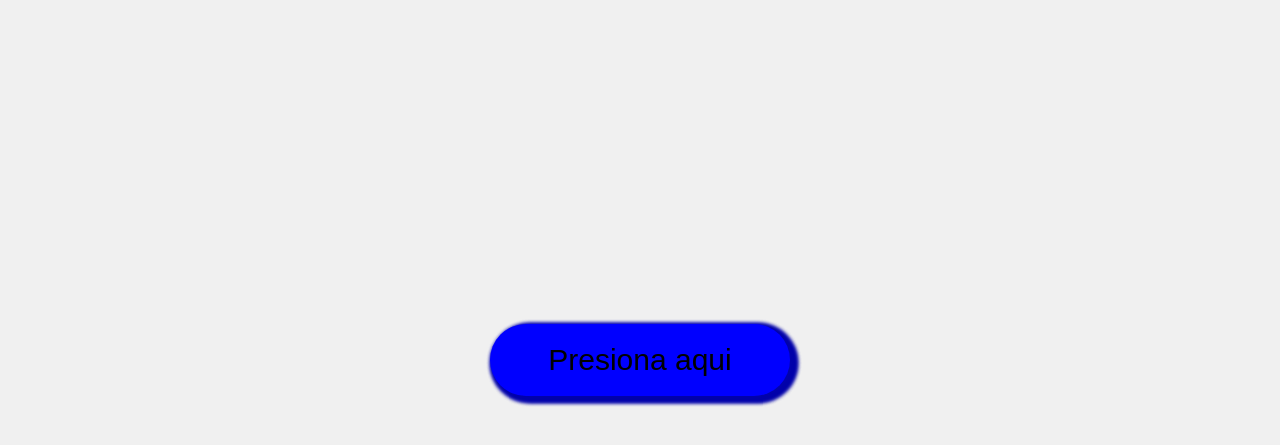
Repository: ye909/secreto
Page: inicio.html
These files come from the project's save history. The page is drawn as it stood at one moment and after the next save; the edit follows.
The browser window is 1280 px wide. The pictures show the whole page.
The pointer rests on the first visible `#btn`.

Above is the page before, as saved 2025-02-20 21:39:40.

### inicio.html
<!DOCTYPE html>
<html>
<head>
<title>Amigo Secreto 3D</title>
<link rel="stylesheet" href="inicio.css">
</head>
<body>

          <div class="container">
            <h1 id="message">¡Bienvenido al Juego del Amigo Secreto!</h1>
        </div>
    <button id="btn"><a href="">Presiona aqui</a></button>

  <script src="inicio.js"></script>
</body>
</html>

### inicio.css
body, html {
    height: 100%;
    margin: 0;
    display: flex;
    justify-content: center;
    align-items: center;
    background-color: #f0f0f0;
    font-family: Arial, sans-serif;
}

.container {
    text-align: center;
}

#message {
    font-size: 2em;
    color: #333;
    opacity: 0;
    transform: translateY(-20px);
    animation: fadeIn 1s ease-out forwards;
}

@keyframes fadeIn {
    to {
        opacity: 1;
        transform: translateY(0);
    }
}
a{
    text-decoration: none;
    list-style: none;
    color:black;
}
#btn{
    display: none;
    width: 300px;
    height: 10vh;
    background: rgb(97, 97, 205);
    border-radius: 60px;
    font-size: 30px;
    border:none;
    background: blue;
}
#btn:hover{

    box-shadow: rgb(2, 2, 170) 4px 3px 4px 3px ,rgb(2, 2, 170) 4px 3px 4px 3px ,rgb(2, 2, 170) 4px 3px 4px 3px ;

}

### inicio.js
// script.js
document.addEventListener('DOMContentLoaded', function() {
    setTimeout(function() {
        document.getElementById('message').style.display = 'none';
        document.getElementById('btn').style.display = 'inline';
    }, 3000);


});

After the next save:
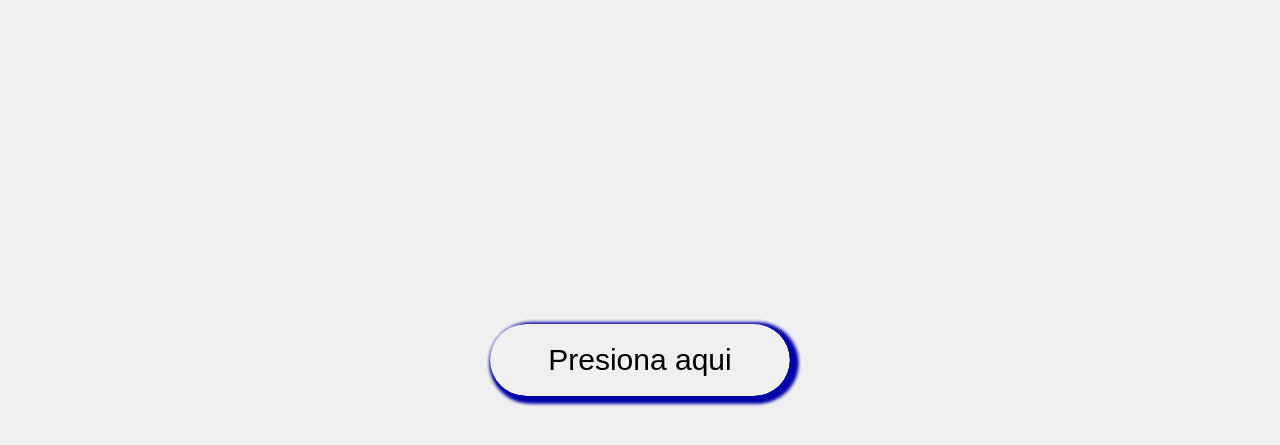
Saved 28 s later.
--- a/inicio.css
+++ b/inicio.css
@@ -42,7 +42,7 @@ a{
     background: blue;
 }
 #btn:hover{
-
+    background: transparent;
     box-shadow: rgb(2, 2, 170) 4px 3px 4px 3px ,rgb(2, 2, 170) 4px 3px 4px 3px ,rgb(2, 2, 170) 4px 3px 4px 3px ;
 
 }
